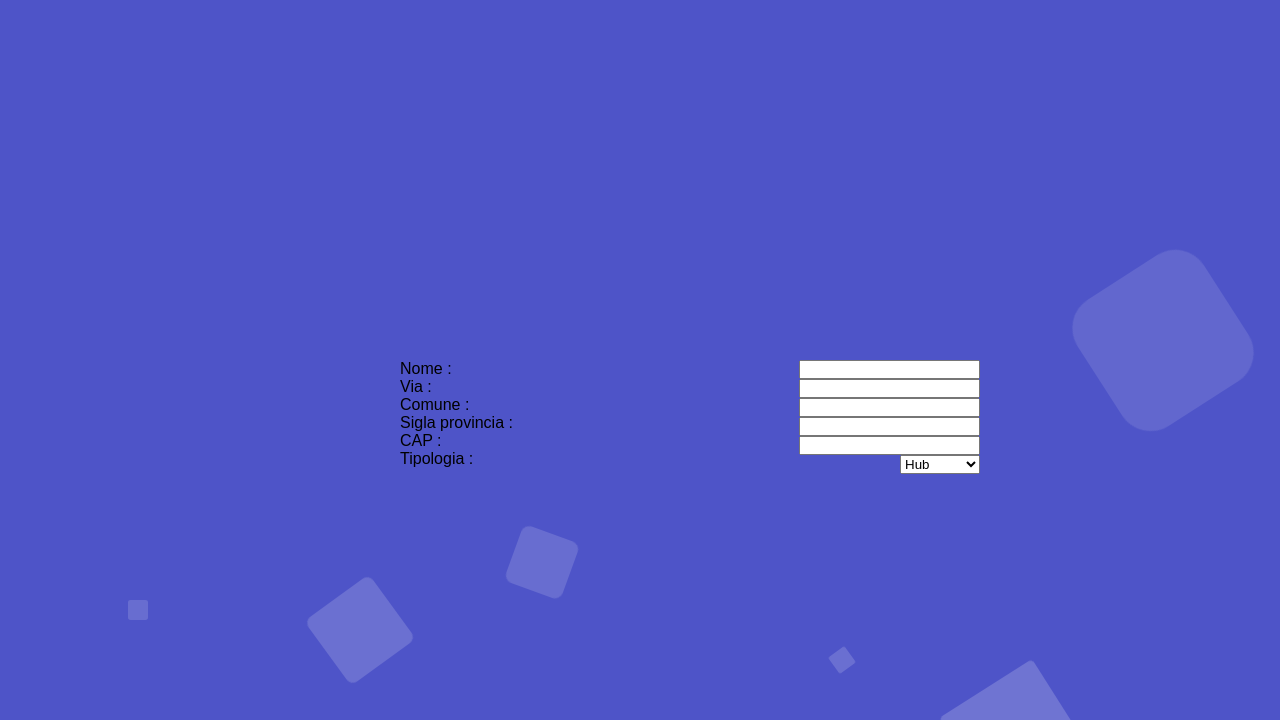
Repository: Jok98/CentriVaccinaliWebApp
Page: http://localhost/CentriVaccinaliOperatori/iscrizionecentrovax.jsp
An editor plug-in stored every save of this project. The page is shown before and after the next save, followed by the edit.
The browser window is 1280 px wide. The pictures show the whole page.
Some web fonts or font styles are not loaded; a fallback is used. The page is served by Tomcat 9.

Above is the page before, as saved 2022-09-24 15:52:23.

After the next save:
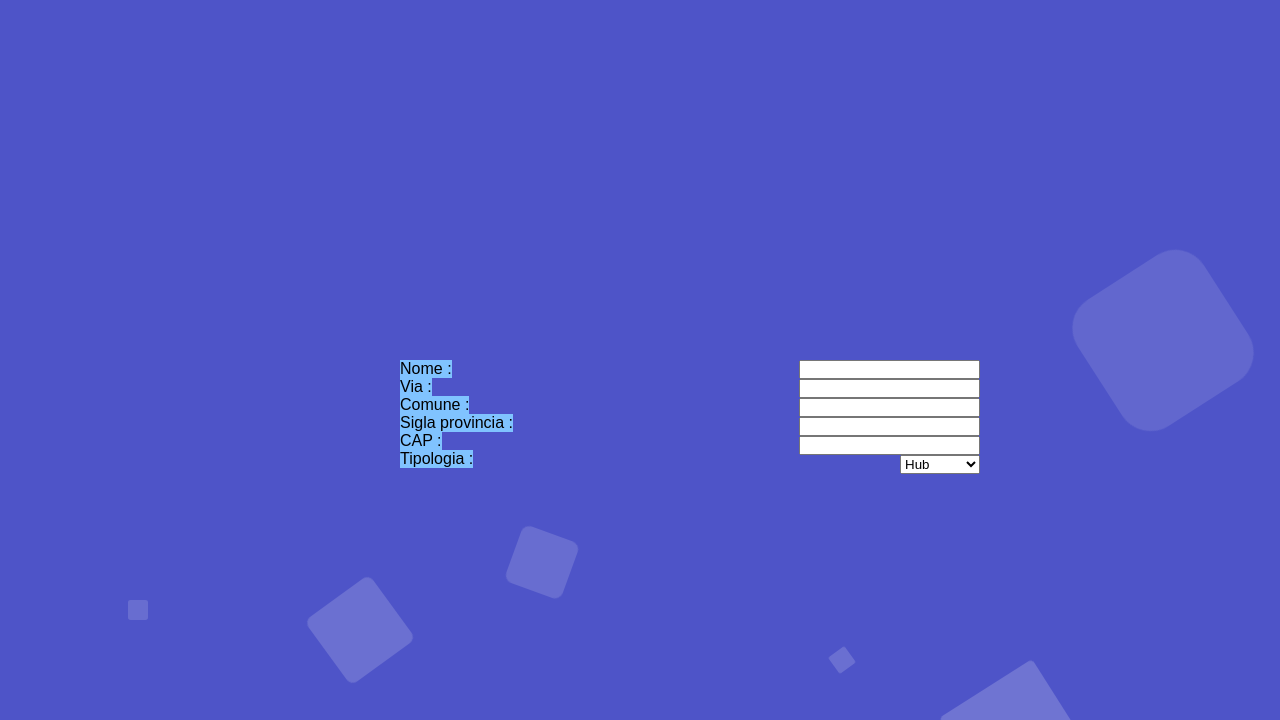
Saved 23 s later.
--- a/CentriVaccinaliOperatori/src/main/webapp/iscrizionecentrovax.jsp
+++ b/CentriVaccinaliOperatori/src/main/webapp/iscrizionecentrovax.jsp
@@ -25,7 +25,7 @@
 	</div>
 	<div class="context" align="center" >
 		<form action="" >
-		<label class="label" class="button" for="nomeCenvax" >Nome : </label>
+		<label class="label"  for="nomeCenvax" >Nome : </label>
 		<input class="input" type="text" id="nomecenvax" name="nomecenvax">
 		<br>
 		<label class="label" for="viaCenvax">Via : </label>
--- a/CentriVaccinaliOperatori/src/main/webapp/css/form.css
+++ b/CentriVaccinaliOperatori/src/main/webapp/css/form.css
@@ -22,6 +22,7 @@
 background: #1ca4ff; }
 
 .label{
+	background: #80c3ff;
 	float: left;
 	margin-left : 400px;
 

After the save that followed:
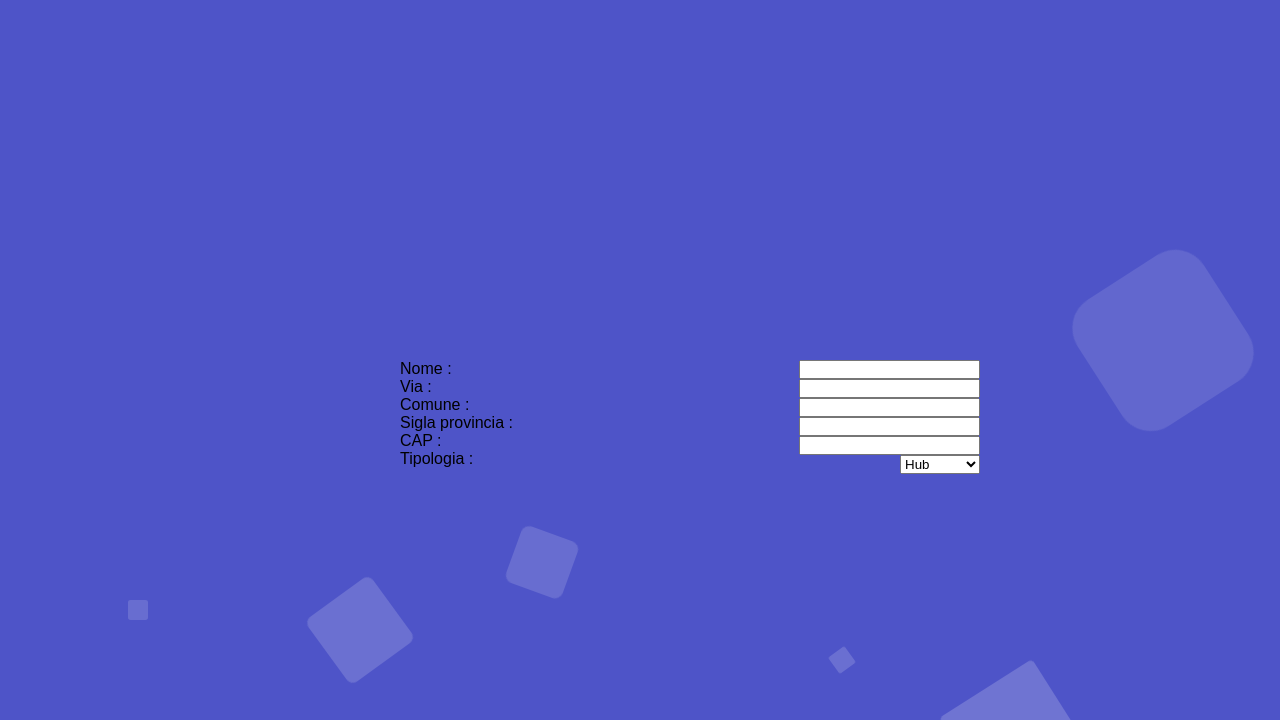
Saved 47 s later.
--- a/CentriVaccinaliOperatori/src/main/webapp/iscrizionecentrovax.jsp
+++ b/CentriVaccinaliOperatori/src/main/webapp/iscrizionecentrovax.jsp
@@ -25,7 +25,7 @@
 	</div>
 	<div class="context" align="center" >
 		<form action="" >
-		<label class="label"  for="nomeCenvax" >Nome : </label>
+		<label class="label" class="button"  for="nomeCenvax" >Nome : </label>
 		<input class="input" type="text" id="nomecenvax" name="nomecenvax">
 		<br>
 		<label class="label" for="viaCenvax">Via : </label>
--- a/CentriVaccinaliOperatori/src/main/webapp/css/form.css
+++ b/CentriVaccinaliOperatori/src/main/webapp/css/form.css
@@ -22,7 +22,7 @@
 background: #1ca4ff; }
 
 .label{
-	background: #80c3ff;
+
 	float: left;
 	margin-left : 400px;
 
